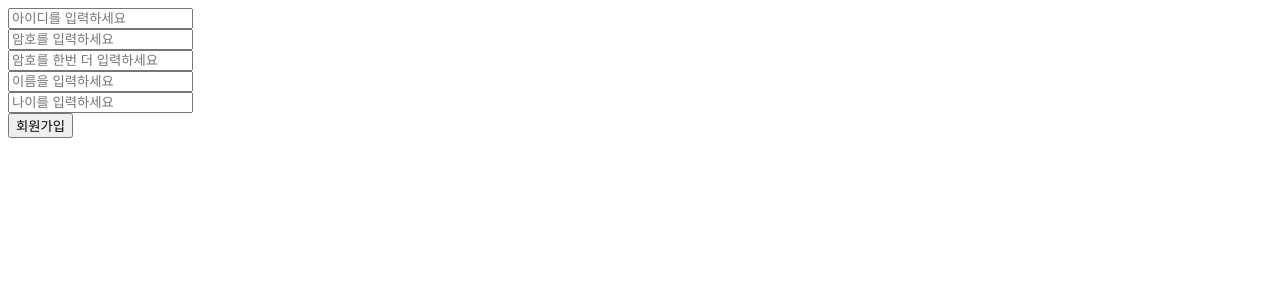
Repository: BangHoJung/jsp
Page: http://localhost/BoardProject_0105__/member/register.jsp
An editor plug-in stored every save of this project. The page is shown before and after a run of saves, followed by the edit.
The browser window is 1280 px wide. The pictures show the whole page.
The page is served by Tomcat 9.

Above is the page before, as saved 2020-12-29 07:42:24.

After the next 2 saves:
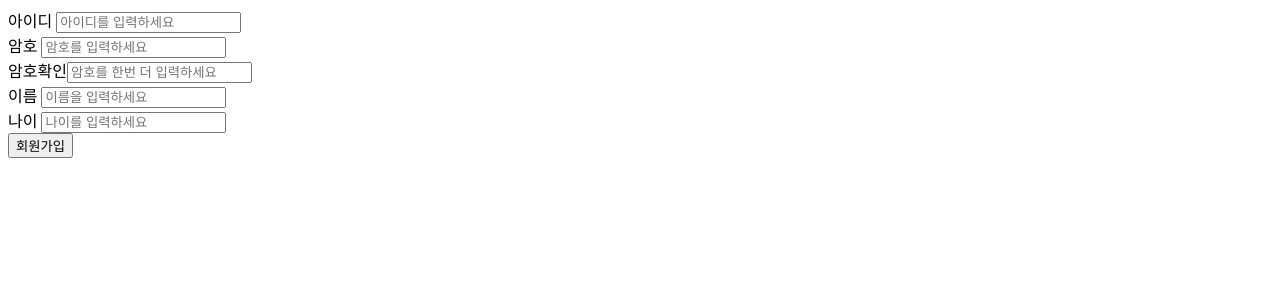
The 2 saves are shown as one change because they came seconds apart.
The last was saved 21 s later.
--- a/BoardProject(0105~)/WebContent/member/register.jsp
+++ b/BoardProject(0105~)/WebContent/member/register.jsp
@@ -10,11 +10,11 @@
 	<!-- 아이디, 암호, 이름, 나이 입력받는 회원가입 폼 -->
 	<div id="container">
 		<form action="" method="post">
-			<label><input type="text" name="id" id="id" placeholder="아이디를 입력하세요"></label> <br>
-			<label><input type="password" name="pass" id="pass" placeholder="암호를 입력하세요"></label><br>
-			<label><input type="password" name="pass2" id="pass2" placeholder="암호를 한번 더 입력하세요"></label><br>
-			<label><input type="text" name="name" id="name" placeholder="이름을 입력하세요"></label><br>
-			<label><input type="text" name="age" id="age" placeholder="나이를 입력하세요"></label><br>
+			<label>아이디 <input type="text" name="id" id="id" placeholder="아이디를 입력하세요"></label> <br>
+			<label>암호 <input type="password" name="pass" id="pass" placeholder="암호를 입력하세요"></label><br>
+			<label>암호확인<input type="password" name="pass2" id="pass2" placeholder="암호를 한번 더 입력하세요"></label><br>
+			<label>이름 <input type="text" name="name" id="name" placeholder="이름을 입력하세요"></label><br>
+			<label>나이 <input type="text" name="age" id="age" placeholder="나이를 입력하세요"></label><br>
 			<button type="submit">회원가입</button>
 		</form>
 	</div>
